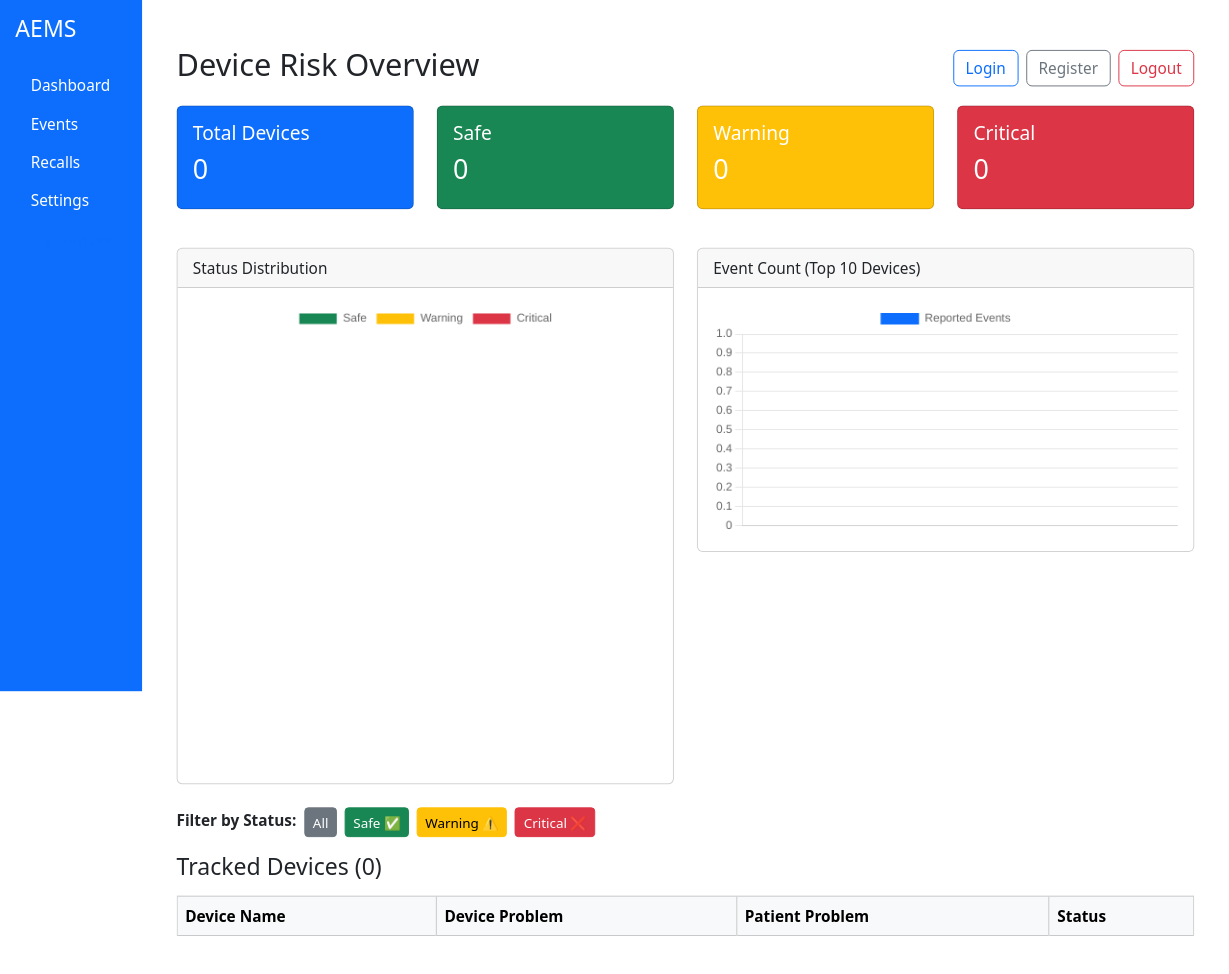
Repository: Sarary2/AEMS_2MVP
Page: / (app in frontend/AEMS/)
The author's editor kept a copy of each file at every save. The page is drawn from the files as they stood at one save, then again after the next save.
The browser window is 1280 px wide. The pictures show the whole page, at 96% of full size.
The page's requests for data from a server got no answer. The project was rebuilt for these pictures with package versions that can differ from the ones it lists, and the page was loaded fresh each time. No one was signed in, and anything a server would have sent is missing. Also part of the build but not shown: frontend/AEMS/vite.config.js, frontend/AEMS/src/components/DeviceRow.jsx, frontend/AEMS/src/pages/Events.jsx, frontend/AEMS/src/firebase.js, frontend/AEMS/src/pages/Login.jsx, frontend/AEMS/src/pages/Register.jsx, frontend/AEMS/src/pages/TrackedDevices.jsx.

Above is the page before, as saved 2025-05-06 11:18:26.

### frontend/AEMS/src/main.jsx
import React from 'react';
import ReactDOM from 'react-dom/client';
import App from './App.jsx';
import 'bootstrap/dist/css/bootstrap.min.css';

ReactDOM.createRoot(document.getElementById('root')).render(
  <React.StrictMode>
    <App />
  </React.StrictMode>
);

### frontend/AEMS/src/App.jsx
import { BrowserRouter as Router, Routes, Route, useLocation } from 'react-router-dom';
import Sidebar from './components/Sidebar';
import Dashboard from './pages/Dashboard';
import Events from './pages/Events';
import Login from './pages/Login';
import Register from './pages/Register';
import TrackedDevices from './pages/TrackedDevices';
function LayoutWithSidebar({ children }) {
  return (
    <div className="d-flex">
      <Sidebar />
      <div className="p-4 flex-grow-1">
        {children}
      </div>
    </div>
  );
}

function AppRoutes() {
  const location = useLocation();
  const hideSidebar = ['/login', '/register'].includes(location.pathname);

  return (
    hideSidebar ? (
      <Routes>
        <Route path="/login" element={<Login />} />
        <Route path="/register" element={<Register />} />
      </Routes>
    ) : (
      <LayoutWithSidebar>
        <Routes>
          <Route path="/" element={<Dashboard />} />
          <Route path="/events" element={<Events />} />
          <Route path="/tracked" element={<TrackedDevices />} />
        </Routes>
      </LayoutWithSidebar>
    )
  );
}

export default function App() {
  return (
    <Router>
      <AppRoutes />
    </Router>
  );
}

### frontend/AEMS/src/components/Sidebar.jsx
import { Link } from 'react-router-dom';

export default function Sidebar() {
  return (
    <div className="bg-primary text-white vh-100 p-3">
      <h4 className="text-white">AEMS</h4>
      <ul className="nav flex-column mt-4">
        <li className="nav-item"><Link className="nav-link text-white" to="/">Dashboard</Link></li>
        <li className="nav-item"><Link className="nav-link text-white" to="/events">Events</Link></li>
        <li className="nav-item"><Link className="nav-link text-white" to="/recalls">Recalls</Link></li>
        <li className="nav-item"><Link className="nav-link text-white" to="/settings">Settings</Link></li>
        <li className="nav-item">
  <a className="nav-link" href="/tracked">My Devices</a>
</li>
      </ul>
    </div>
  );
}

### frontend/AEMS/src/pages/Dashboard.jsx
import { useEffect, useState } from 'react';
import { useNavigate } from 'react-router-dom';
import StatCard from '../components/StatCard';
import DeviceRow from '../components/DeviceRow';
import StatusChart from '../components/StatusChart';
import EventsChart from '../components/EventsChart';

export default function Dashboard() {
  const [devices, setDevices] = useState([]);
  const [filter, setFilter] = useState('All');
  const navigate = useNavigate();

  useEffect(() => {
    fetch('http://localhost:5001/api/devices/all')
      .then(res => res.json())
      .then(data => setDevices(data))
      .catch(err => console.error('Failed to fetch devices', err));
  }, []);

  const getStatusCounts = () => {
    const total = devices.length;
    const safe = devices.filter(d => d.status === 'Safe').length;
    const warning = devices.filter(d => d.status === 'Warning').length;
    const critical = devices.filter(d => d.status === 'Critical').length;
    return { total, safe, warning, critical };
  };

  const { total, safe, warning, critical } = getStatusCounts();
  const filteredDevices = filter === 'All' ? devices : devices.filter(d => d.status === filter);

  const statusIcons = {
    Safe: '✅',
    Warning: '⚠️',
    Critical: '❌'
  };

  return (
    <div className="container-fluid">
      <div className="d-flex justify-content-between align-items-center mt-4 mb-3">
        <h2>Device Risk Overview</h2>
        <div>
          <button className="btn btn-outline-primary me-2" onClick={() => navigate('/login')}>Login</button>
          <button className="btn btn-outline-secondary me-2" onClick={() => navigate('/register')}>Register</button>
          <button className="btn btn-outline-danger" onClick={() => alert('Logged out')}>Logout</button>
        </div>
      </div>

      <div className="row mb-4">
        <StatCard title="Total Devices" count={total} color="primary" />
        <StatCard title="Safe" count={safe} color="success" />
        <StatCard title="Warning" count={warning} color="warning" />
        <StatCard title="Critical" count={critical} color="danger" />
      </div>

      <div className="row mb-4">
        <div className="col-md-6">
          <StatusChart data={{ Safe: safe, Warning: warning, Critical: critical }} />
        </div>
        <div className="col-md-6">
          <EventsChart devices={devices} />
        </div>
      </div>

      <div className="mb-3">
        <strong>Filter by Status:</strong>{' '}
        {['All', 'Safe', 'Warning', 'Critical'].map((s) => (
          <button
            key={s}
            className={`btn btn-sm mx-1 btn-${s === 'All' ? 'secondary' : s === 'Safe' ? 'success' : s === 'Warning' ? 'warning' : 'danger'}`}
            onClick={() => setFilter(s)}
          >
            {s} {statusIcons[s] || ''}
          </button>
        ))}
      </div>

      <h4>Tracked Devices ({filteredDevices.length})</h4>
      <div className="table-responsive">
        <table className="table table-striped table-bordered mt-2">
          <thead className="table-light">
            <tr>
              <th>Device Name</th>
              <th>Device Problem</th>
              <th>Patient Problem</th>
              <th>Status</th>
            </tr>
          </thead>
          <tbody>
            {filteredDevices.map((device, i) => (
              <DeviceRow
                key={i}
                name={device.deviceName}
                deviceProblem={device.deviceProblem || 'N/A'}
                patientProblem={device.patientProblem || 'N/A'}
                status={device.status}
              />
            ))}
          </tbody>
        </table>
      </div>
    </div>
  );
}

### frontend/AEMS/src/components/StatCard.jsx
import React from 'react';

export default function StatCard({ title, count, color }) {
  return (
    <div className="col-md-3 mb-3">
      <div className={`card text-white bg-${color}`}>
        <div className="card-body">
          <h5 className="card-title">{title}</h5>
          <h3>{count}</h3>
        </div>
      </div>
    </div>
  );
}

### frontend/AEMS/src/components/StatusChart.jsx
import { Pie } from 'react-chartjs-2';
import { Chart as ChartJS, ArcElement, Tooltip, Legend } from 'chart.js';

ChartJS.register(ArcElement, Tooltip, Legend);

export default function StatusChart({ data }) {
  const chartData = {
    labels: ['Safe', 'Warning', 'Critical'],
    datasets: [
      {
        data: [data.Safe, data.Warning, data.Critical],
        backgroundColor: ['#198754', '#ffc107', '#dc3545'],
        borderWidth: 1,
      },
    ],
  };

  return (
    <div className="card">
      <div className="card-header">Status Distribution</div>
      <div className="card-body">
        <Pie data={chartData} />
      </div>
    </div>
  );
}

### frontend/AEMS/src/components/EventsChart.jsx
import { Bar } from 'react-chartjs-2';
import { Chart as ChartJS, BarElement, CategoryScale, LinearScale, Tooltip, Legend } from 'chart.js';

ChartJS.register(BarElement, CategoryScale, LinearScale, Tooltip, Legend);

export default function EventsChart({ devices }) {
  const chartData = {
    labels: devices.map((d) => d.deviceName.split(' ')[0]).slice(0, 10),
    datasets: [
      {
        label: 'Reported Events',
        data: devices.map((d) => d.events.length).slice(0, 10),
        backgroundColor: '#0d6efd',
      },
    ],
  };

  return (
    <div className="card">
      <div className="card-header">Event Count (Top 10 Devices)</div>
      <div className="card-body">
        <Bar data={chartData} />
      </div>
    </div>
  );
}

Loaded but not shown: frontend/AEMS/index.html (common file)

After the next save:
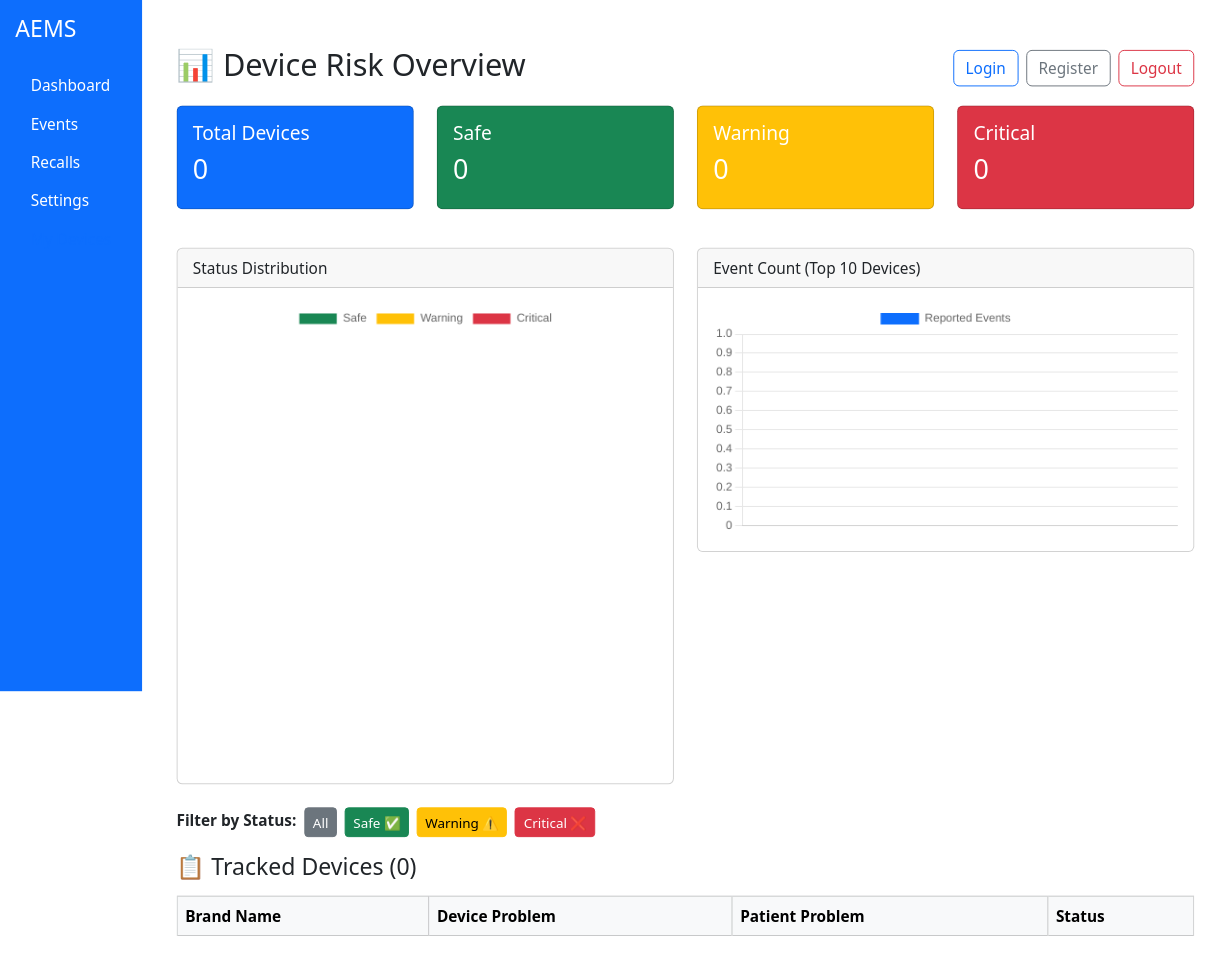
Saved 3 min 12 s later.
--- a/frontend/AEMS/src/pages/Dashboard.jsx
+++ b/frontend/AEMS/src/pages/Dashboard.jsx
@@ -37,11 +37,11 @@ export default function Dashboard() {
   return (
     <div className="container-fluid">
       <div className="d-flex justify-content-between align-items-center mt-4 mb-3">
-        <h2>Device Risk Overview</h2>
+        <h2>📊 Device Risk Overview</h2>
         <div>
           <button className="btn btn-outline-primary me-2" onClick={() => navigate('/login')}>Login</button>
           <button className="btn btn-outline-secondary me-2" onClick={() => navigate('/register')}>Register</button>
-          <button className="btn btn-outline-danger" onClick={() => alert('Logged out')}>Logout</button>
+          <button className="btn btn-outline-danger" onClick={() => alert('🔒 Logged out')}>Logout</button>
         </div>
       </div>
 
@@ -74,12 +74,12 @@ export default function Dashboard() {
         ))}
       </div>
 
-      <h4>Tracked Devices ({filteredDevices.length})</h4>
+      <h4>📋 Tracked Devices ({filteredDevices.length})</h4>
       <div className="table-responsive">
         <table className="table table-striped table-bordered mt-2">
           <thead className="table-light">
             <tr>
-              <th>Device Name</th>
+              <th>Brand Name</th>
               <th>Device Problem</th>
               <th>Patient Problem</th>
               <th>Status</th>
